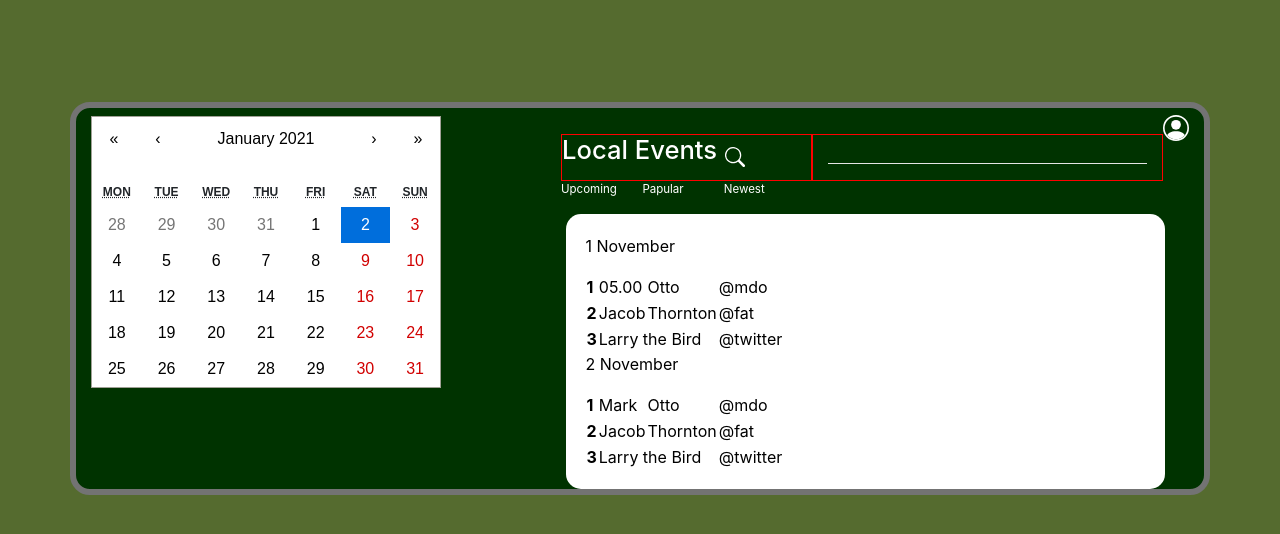
Repository: lalji-yadav/Calendar-code
Page: /
An editor plug-in stored every save of this project. The page is shown before and after the next save, followed by the edit.
The browser window is 1280 px wide. The pictures show the whole page.
The project was rebuilt for these pictures with package versions that can differ from the ones it lists, and the page was loaded fresh each time. Also part of the build but not shown: src/App.css.

Above is the page before, as saved 2021-01-04 10:47:41.

After the next save:
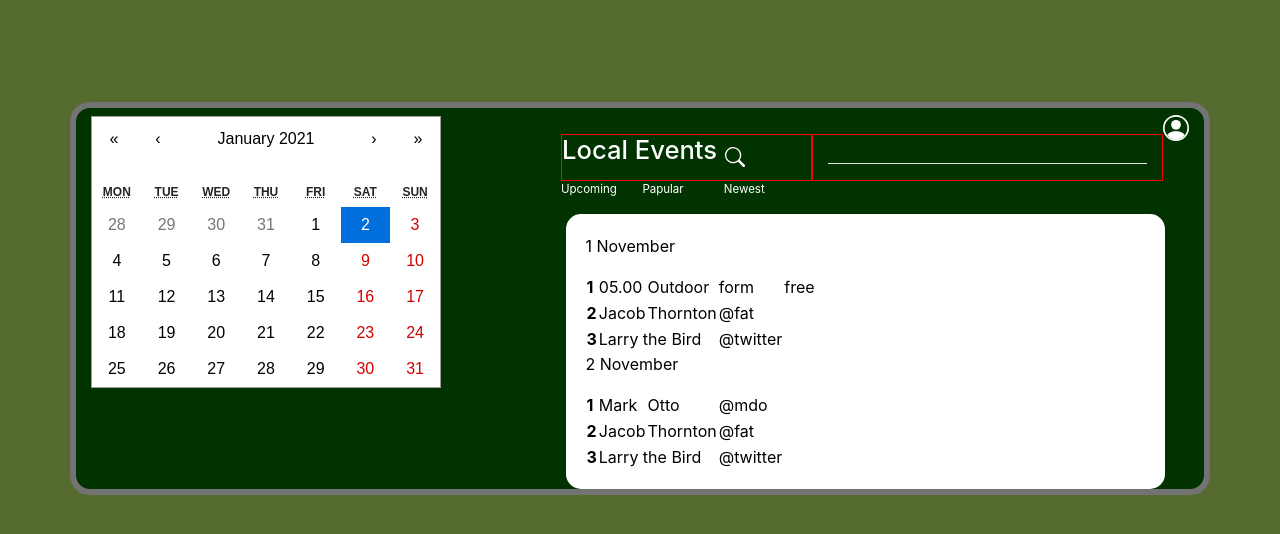
Saved 56 s later.
--- a/src/calendar/Home.js
+++ b/src/calendar/Home.js
@@ -61,8 +61,9 @@ function Home() {
                       <tr>
                         <th scope="row">1</th>
                         <td>05.00</td>
-                        <td>Otto</td>
-                        <td>@mdo</td>
+                        <td>Outdoor</td>
+                        <td>form</td>
+                        <td>free</td>
                       </tr>
                       <tr>
                         <th scope="row">2</th>
